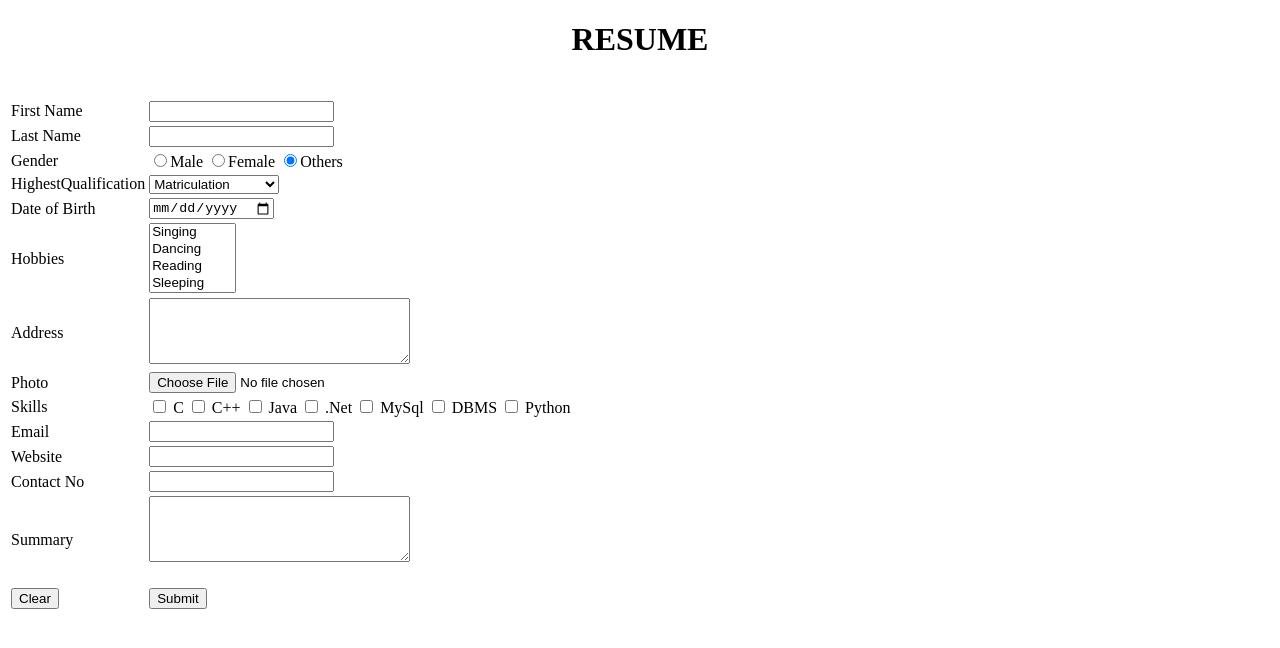
Repository: Rccalfa123/JEE
Page: MyFirstServlet/WebContent/Resume.html
The author's editor kept a copy of each file at every save. The page is drawn from the files as they stood at one save, then again after the next save.
The browser window is 1280 px wide. The pictures show the whole page.

Above is the page before, as saved 2018-08-07 13:41:01.

### MyFirstServlet/WebContent/Resume.html
<!DOCTYPE html>
<html>
<head>
<meta charset="ISO-8859-1">
<title>Resume</title>
</head>
<body>
   <form action="MyServlet" method="get">
   <h1 align="center"> RESUME </h1><br>
  <table >
   <tr><td>First Name </td><td><input type="text" name="fname"></td></tr>

   <tr><td>Last Name</td> <td> <input type="text" name="lname"></td></tr>

   <tr><td>Gender</td> <td><input type="radio" name = "gender" value="male" checked="checked">Male
   		  <input type="radio" name = "gender" value="female" checked="checked">Female
   		  <input type="radio" name = "gender" value="others" checked="checked">Others</td></tr>

   <tr><td>HighestQualification</td> <td><select name = "qualification">
            <option value="matriculation">Matriculation</option>
            <option value="intermediate">Intermediate</option>
            <option value="bachaolor_degree">Bachaelor Degree</option>
            <option value="masters">Masters</option>
   			</select></td></tr>

   <tr><td>Date of Birth</td><td> <input type="date" name="dob"></td></tr>

   <tr><td>Hobbies</td> <td><select multiple  name = "hobbies">
            <option value="singing">Singing</option>
            <option value="dancing">Dancing</option>
            <option value="reading">Reading</option>
            <option value="sleeping">Sleeping</option>
            <option value="eating">Eating</option>
            <option value="video_games">Video Games</option>
   			</select></td></tr>

   <tr><td>Address</td><td> <textarea name="address"   rows="4" cols="30"></textarea></td></tr>

   <tr><td>Photo</td><td><input type="file"  name="photo"></td></tr>


   <tr><td>Skills </td>   <td><input type="checkbox" name="skills" value="c"> C
   			 <input type="checkbox" name="skills" value="c++"> C++
   			 <input type="checkbox" name="skills" value="java"> Java
  			 <input type="checkbox" name="skills" value=".net"> .Net
  			 <input type="checkbox" name="skills" value="mysql"> MySql
   			 <input type="checkbox" name="skills" value="dbms"> DBMS
   			 <input type="checkbox" name="skills" value="python"> Python</td></tr>

  <tr><td>Email</td> <td>   <input type="email"  name="email"> </td></tr>

  <tr><td>Website</td> <td> <input type="url" name="website"></td></tr>

  <tr><td>Contact No</td> <td><input type="text" name="contact_no"> </td></tr>

  <tr><td>Summary </td><td> <textarea name="summary"   rows="4" cols="30"></textarea><br><br></td></tr>

  <tr> <td><input type="reset" value="Clear"></td><td> <input type="submit" value="Submit"> </td></tr>
  </table>
 </form>


</body>
</html>

After the next save:
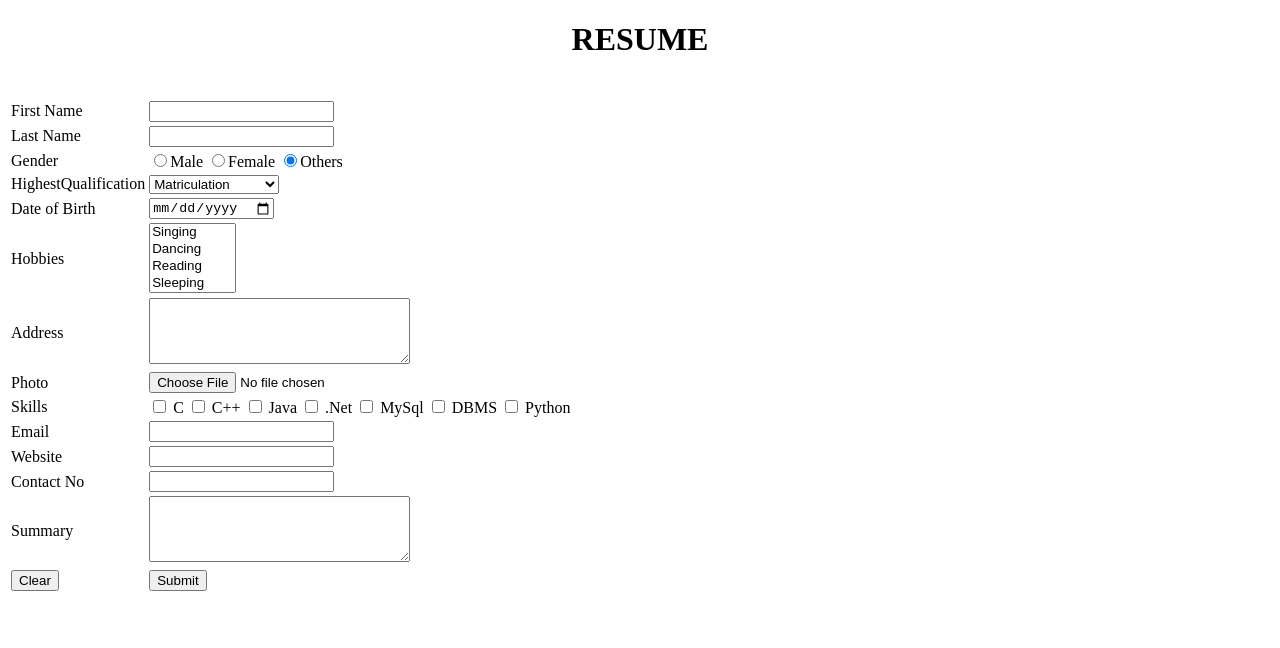
Saved 9 s later.
--- a/MyFirstServlet/WebContent/Resume.html
+++ b/MyFirstServlet/WebContent/Resume.html
@@ -53,7 +53,7 @@
 
   <tr><td>Contact No</td> <td><input type="text" name="contact_no"> </td></tr>
 
-  <tr><td>Summary </td><td> <textarea name="summary"   rows="4" cols="30"></textarea><br><br></td></tr>
+  <tr><td>Summary </td><td> <textarea name="summary"   rows="4" cols="30"></textarea></td></tr>
 
   <tr> <td><input type="reset" value="Clear"></td><td> <input type="submit" value="Submit"> </td></tr>
   </table>
